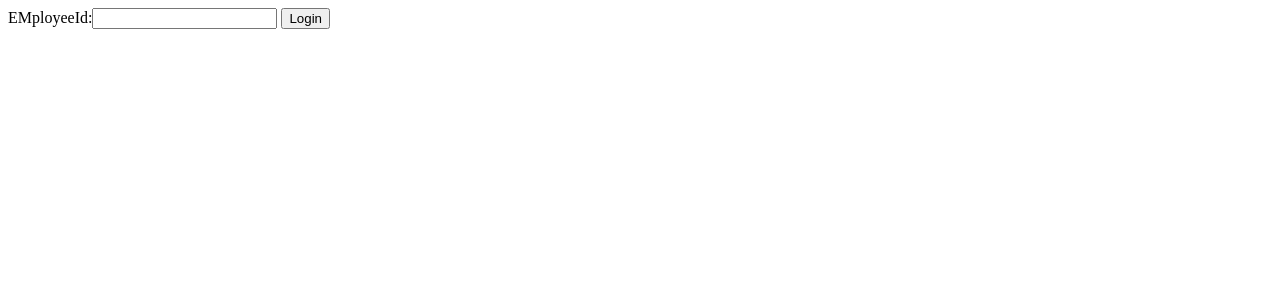
Repository: 81akshucaptain/TY_CG_HTD_BangloreNovember_JFS_AkahaykumarAgasanalli
Page: Akshay-BACK end codes/Servlet/mywebapp/src/main/webapp/searchEmpfile2.html
The author's editor kept a copy of each file at every save. The page is drawn from the files as they stood at one save, then again after the next save.
The browser window is 1280 px wide. The pictures show the whole page.

Above is the page before, as saved 2019-12-17 06:20:10.

### Akshay-BACK end codes/Servlet/mywebapp/src/main/webapp/searchEmpfile2.html
<!DOCTYPE html>
<html>
<head>
<meta charset="ISO-8859-1">
<title>Insert title here</title>
</head>
<body>
	<form action="./searchEmployee2">
		EMployeeId:<input type="number" name="empid" required> <input
			type="submit" value="Login">
	</form>
</body>
</html>

After the next save:
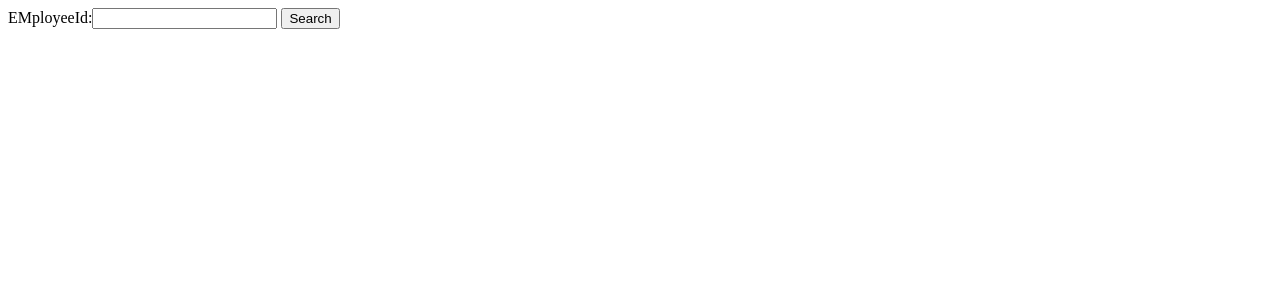
Saved 6 min 16 s later.
--- a/Akshay-BACK end codes/Servlet/mywebapp/src/main/webapp/searchEmpfile2.html
+++ b/Akshay-BACK end codes/Servlet/mywebapp/src/main/webapp/searchEmpfile2.html
@@ -7,7 +7,7 @@
 <body>
 	<form action="./searchEmployee2">
 		EMployeeId:<input type="number" name="empid" required> <input
-			type="submit" value="Login">
+			type="submit" value="Search">
 	</form>
 </body>
 </html>
